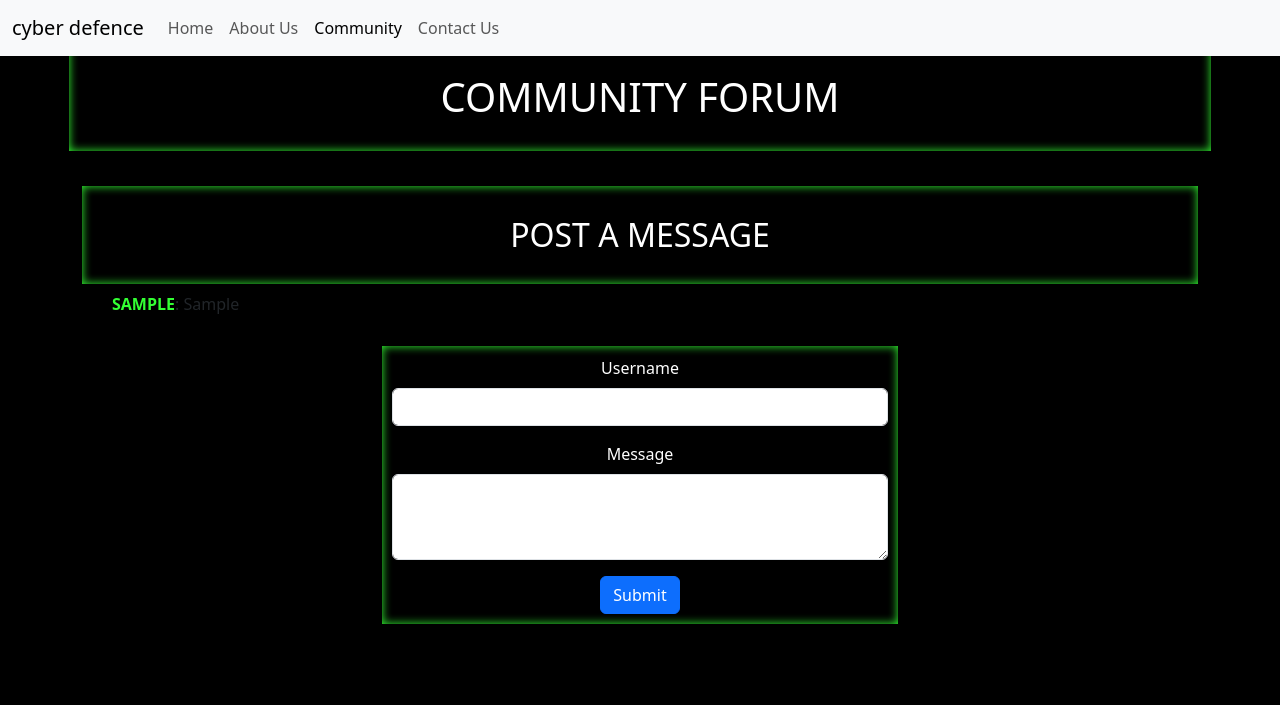
Repository: newworldhost/nwh
Page: community.html
These files come from the project's save history. The page is drawn as it stood at one moment and after a run of saves; the edit follows.
The browser window is 1280 px wide. The pictures show the whole page.
Empty fields were first filled with sample values (such as "Sample", 5 or name@example.com).
After loading, the first visible `#messageForm` was submitted once.

Above is the page before, as saved 2025-03-05 00:06:46.

After the next 3 saves:
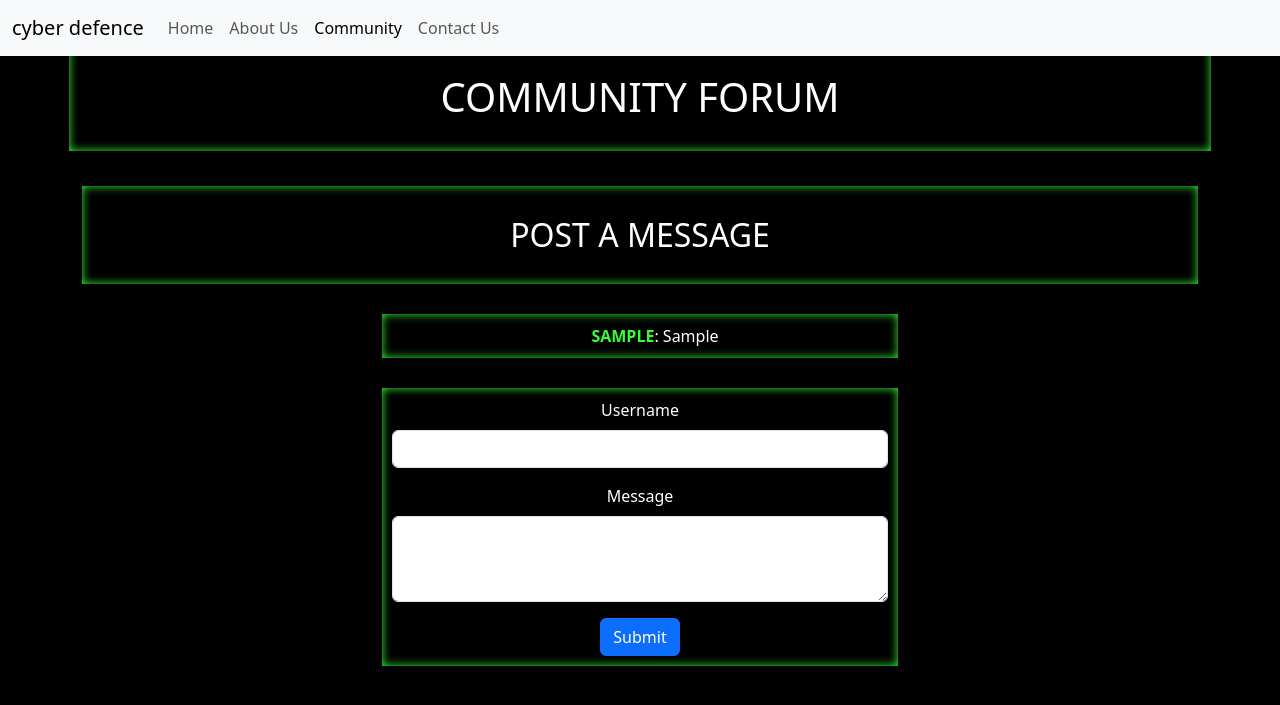
The 3 saves are shown as one change because they came seconds apart.
The last was saved 30 s later.
--- a/style.css
+++ b/style.css
@@ -51,7 +51,7 @@ form {
     margin: 30px 300px 30px 300px;
     text-align:center;
 }
-messages {
+div.message {
     background-color: black;
     color: white;
     padding: 10px;
